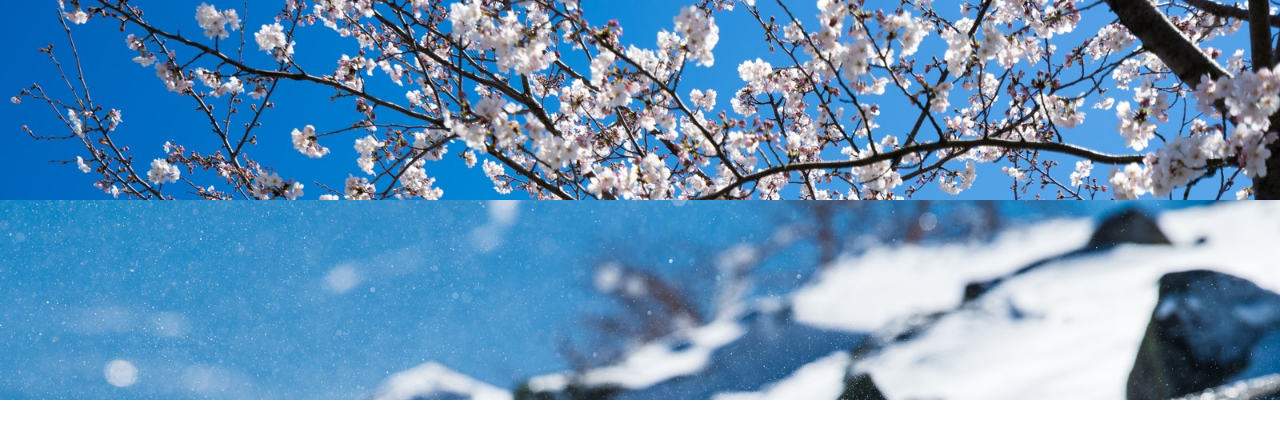
Repository: atsuyan-i/git-practice2
Page: chapter/chapter6.html
The author's editor kept a record of every edit. The page is drawn from the files as they stood at one moment, then again after the next edit.
The browser window is 1280 px wide. The pictures show the whole page.

Above is the page before.

After the next edit:
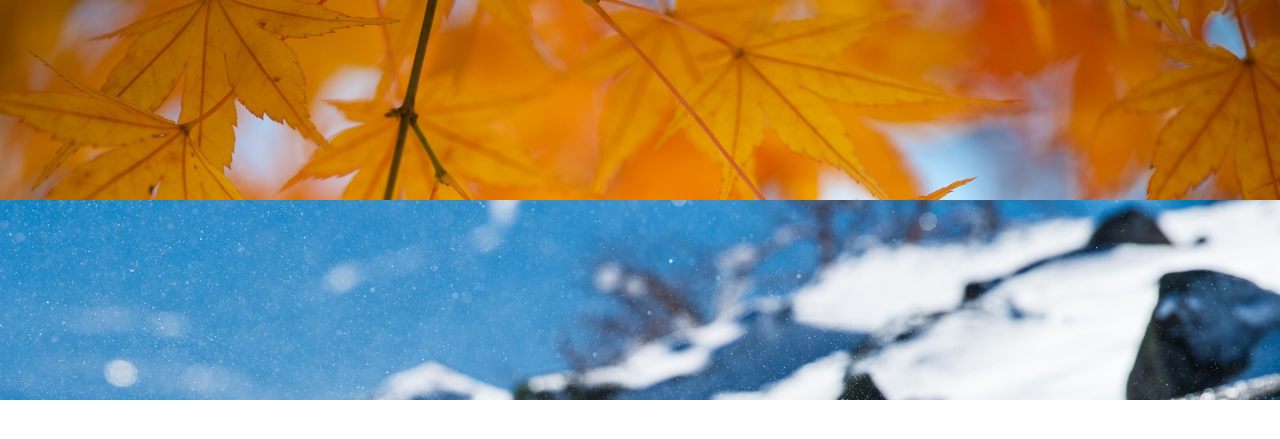
The edit:
--- a/chapter/chapter6.css
+++ b/chapter/chapter6.css
@@ -20,7 +20,7 @@
 
 .box1 {
   height: 200px;
-  background-image: url(img/box1.jpg);
+  background-image: url(img/box3.jpg);
   background-size: contain;
   background-size: cover;
 }
